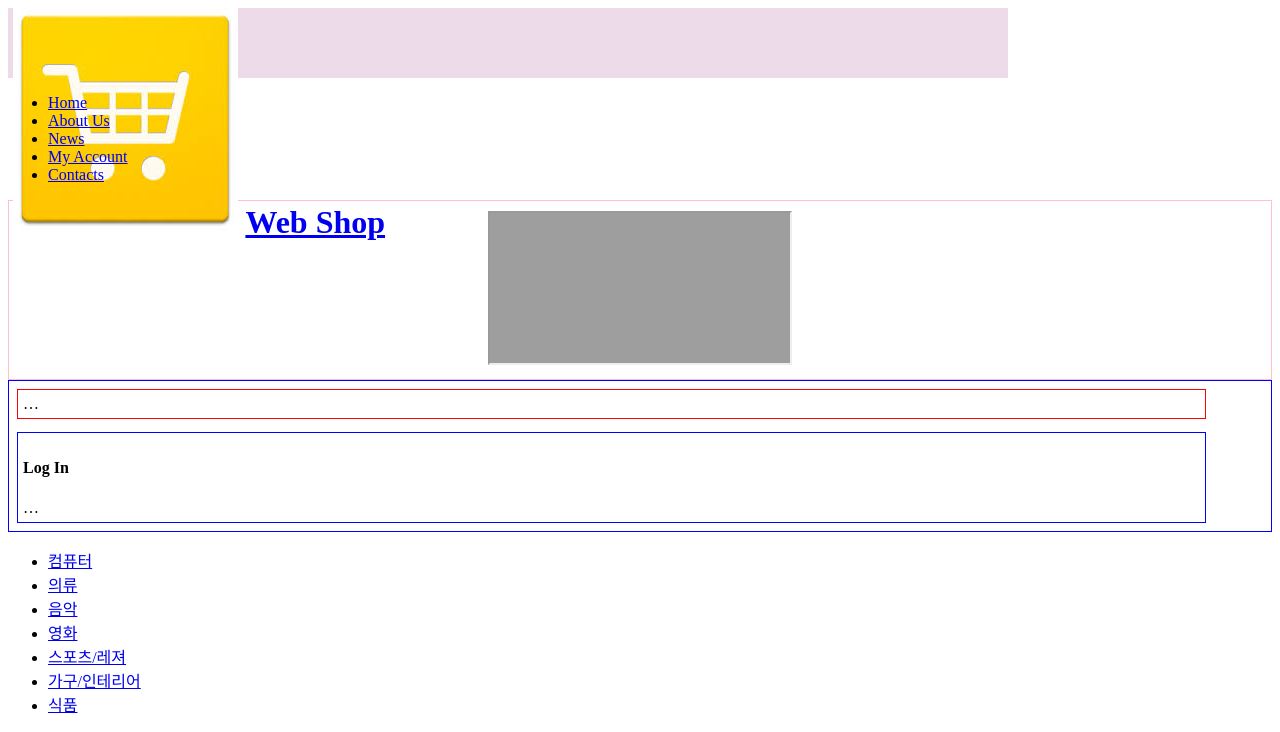
Repository: solsol7/ddit-html
Page: webpro/WebContent/work/html/WebShop.html
An editor plug-in stored every save of this project. The page is shown before and after the next save, followed by the edit.
The browser window is 1280 px wide. The pictures show the whole page.
Pictures or frames that could not be fetched are drawn as grey boxes.

Above is the page before, as saved 2023-07-03 11:31:33.

### webpro/WebContent/work/html/WebShop.html
<!DOCTYPE html>
<html>
<head>
<meta charset="UTF-8">
<title>Insert title here</title>
<link rel="stylesheet" href="../css/WebShop.css">
</head>
<body>
<header>
        <h1>
            <img src="../images/쇼핑타운.jpeg" alt="쇼핑백.jpg">
            <a href=“main.html”>Web Shop</a>
       </h1>
</header>

 <nav>
        <ul>
            <li><a href=“#">Home</a></li>
            <li><a href=“#">About Us</a></li>
            <li><a href=“#">News</a></li>
            <li><a href=“#">My Account</a></li>
            <li><a href=“#">Contacts</a></li>
        </ul>
    </nav>
<section id="main">
        <article id="article1">
            <iframe src=“computer.html” name=“ifr”>
            </iframe>
        </article>
</section>
<aside id="right">
        <div id="shopcart">
			    …
        </div>

        <div id="login">
            <h4>Log In</h4>
            <form action="#">
               …
            </form>
        </div>
</aside>
<aside  id=“left”>
        <ul>
            <li><a href=“computer.html”
                    target =“(iframe이름)”>컴퓨터</a></li>
            <li><a href=“">의류</a></li>
            <li><a href=“">음악</a></li>
            <li><a href=“">영화</a></li>
            <li><a href=“">스포츠/레져</a></li>
		     <li><a href=“">가구/인테리어</a></li>
		     <li><a href=“">식품</a></li>
        </ul>
</aside>

</body>
</html>

### webpro/WebContent/work/css/webShop.css
@charset "UTF-8";

html{
	margin : 0px;
	padding : 0px;
}
/* body{ */
/* 	margin : 10px 30px; */
/* } */
#all{
	padding : 10px 30px;
	background: #fffbee;
}
header{
	box-sizing: border-box;
/* 	border : 1px solid #940778; */
	width : 1000px;
	height : 70px;
	background: #eedbe9;
}
h1{
	margin : 5px;

}
#shoppingBag{
	width : 80px;
	height : 50px;
}
#nav{
	border : 1px solid red;
	border-left : none;
	border-right : none;
	list-style-type: none;
	width : 1150px;
	margin : 10px 0px;
}
.navL{
	display : inline-block;
	width : 15%;
	height : 30px;
	text-align: center;
	margin : 0px 10px;
}
#page{
	display : flex;
	width : 1200px;
}
#left{
	box-sizing: border-box;
	flex : 20%;
	border : 1px solid red;
}
#category{
	border : 1px solid green;
	width : 80%;
	padding : 10px;
	margin : 10px auto;
}
.cate1{
	border : 1px solid blue;
	list-style-type: none;

}
#main{
	box-sizing: border-box;
	flex : 60%;
	border : 1px solid pink;
	padding : 10px;
	text-align: center;
}
#ifrCom{
	width : 97%;
	height : 380px;
}
#right{
	box-sizing: border-box;
	flex : 20%;
	border : 1px solid blue;
	padding : 5px;
}
#shopcart{
	box-sizing : border-box;
	border : 1px solid red;
	width : 95%;
	height : 35%;
	margin : 3px;
	margin-bottom : 13px;
	padding : 5px;
}
#login{
	box-sizing : border-box;
	border : 1px solid blue;
	width : 95%;
	height : 55%;
	margin : 3px;
	padding : 5px;
}

After the next save:
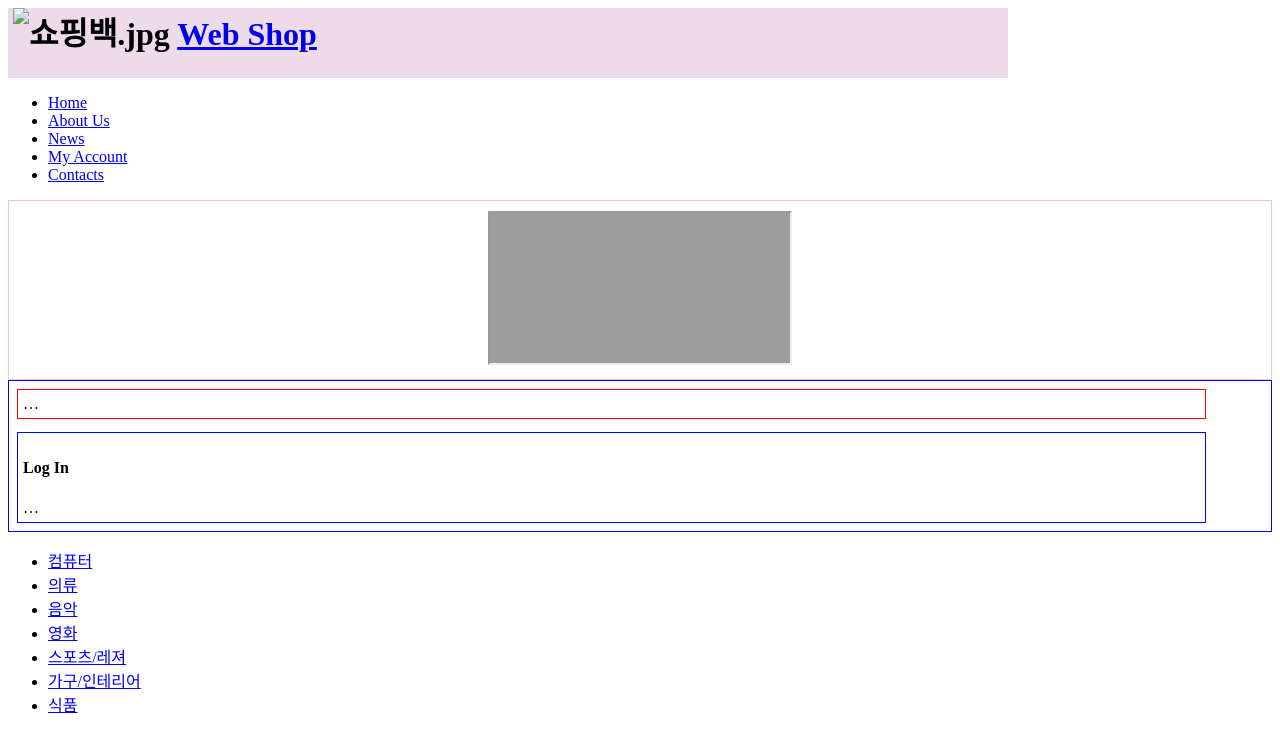
Not found: webpro/WebContent/work/images/쇼핑백1.jpg
Saved 24 s later.
--- a/webpro/WebContent/work/html/WebShop.html
+++ b/webpro/WebContent/work/html/WebShop.html
@@ -8,7 +8,7 @@
 <body>
 <header>
         <h1>
-            <img src="../images/쇼핑타운.jpeg" alt="쇼핑백.jpg">
+            <img src="../images/쇼핑백1.jpg" alt="쇼핑백.jpg">
             <a href=“main.html”>Web Shop</a>
        </h1>
 </header>

After the save that followed:
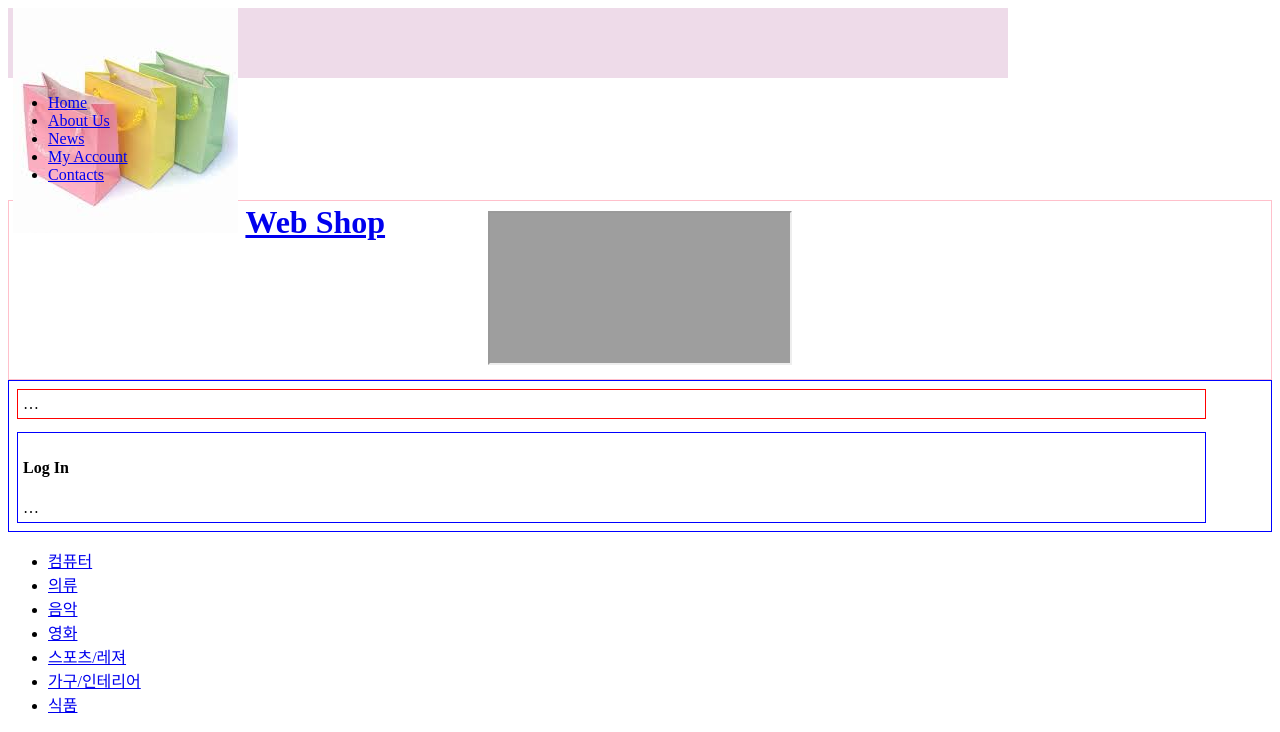
Saved 1 s later.
--- a/webpro/WebContent/work/html/WebShop.html
+++ b/webpro/WebContent/work/html/WebShop.html
@@ -8,7 +8,7 @@
 <body>
 <header>
         <h1>
-            <img src="../images/쇼핑백1.jpg" alt="쇼핑백.jpg">
+            <img src="../images/쇼핑백2.jpg" alt="쇼핑백.jpg">
             <a href=“main.html”>Web Shop</a>
        </h1>
 </header>
